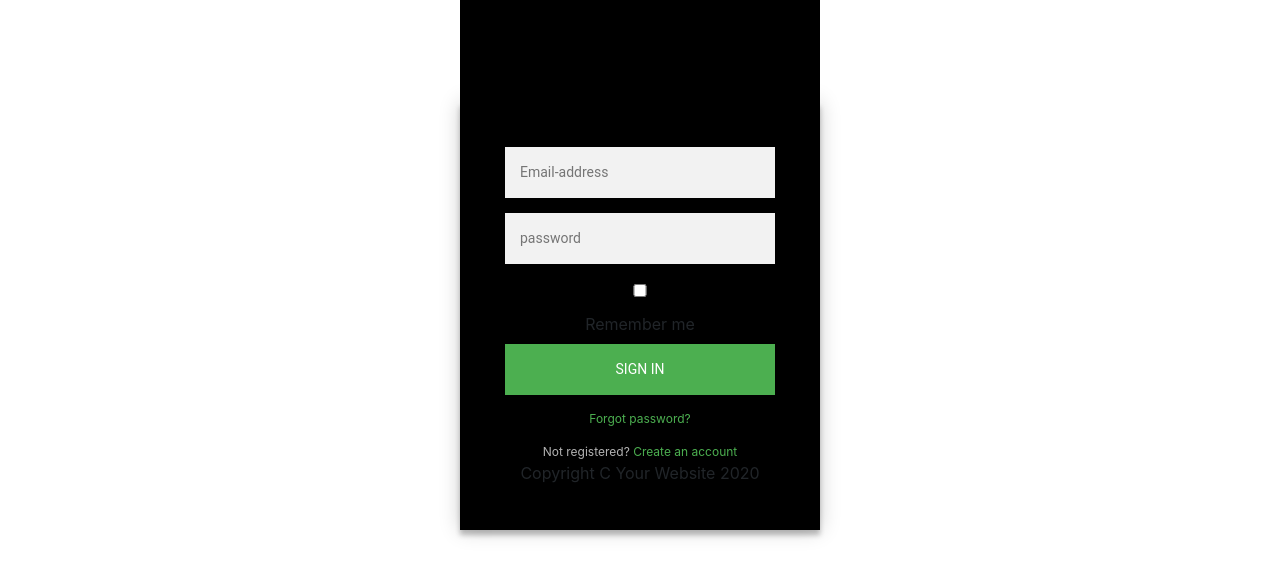
Repository: andbilous/cursor-styled-components
Page: /sign-in
These files come from the project's save history. The page is drawn as it stood at one moment and after a run of saves; the edit follows.
The browser window is 1280 px wide. The pictures show the whole page.
The project was rebuilt for these pictures with package versions that can differ from the ones it lists, and the page was loaded fresh each time. Also part of the build but not shown: src/App.css, src/components/SignUpForm.jsx.

Above is the page before, as saved 2020-04-19 13:42:50.

After the next 4 saves:
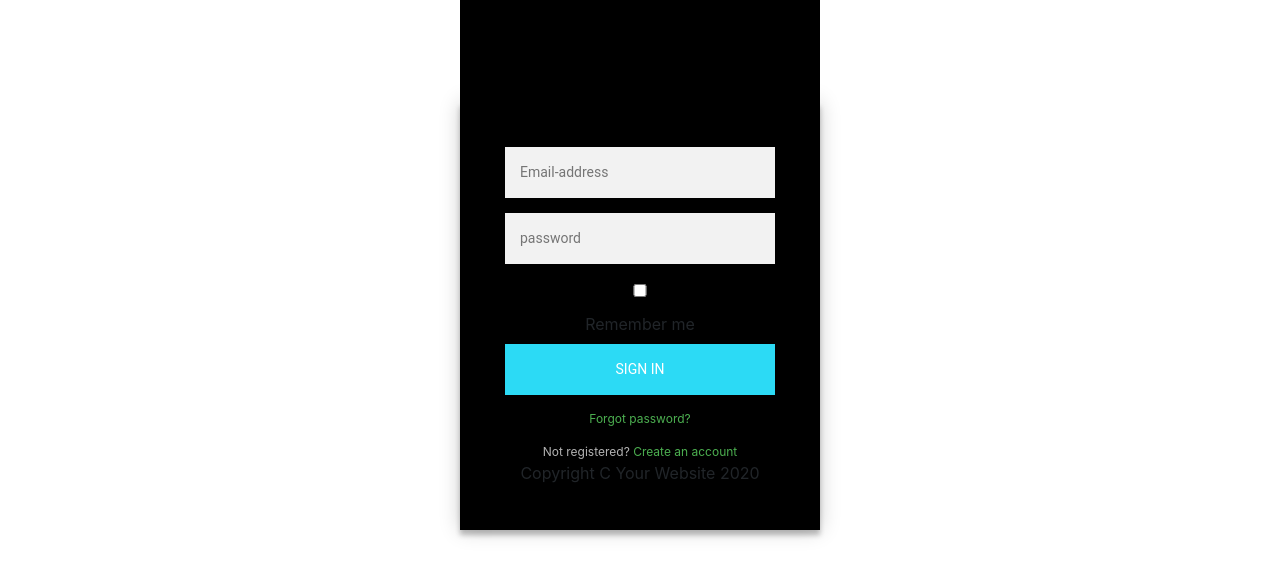
The 4 saves are shown as one change because they came seconds apart.
The last was saved 14 s later.
--- a/src/components/SignInForm.jsx
+++ b/src/components/SignInForm.jsx
@@ -32,7 +32,7 @@ const SignInFormStyles=styled.div`
   font-family: "Roboto", sans-serif;
   text-transform: uppercase;
   outline: 0;
-  background: #4CAF50;
+  background: #2cdaf5;
   width: 100%;
   border: 0;
   padding: 15px;
